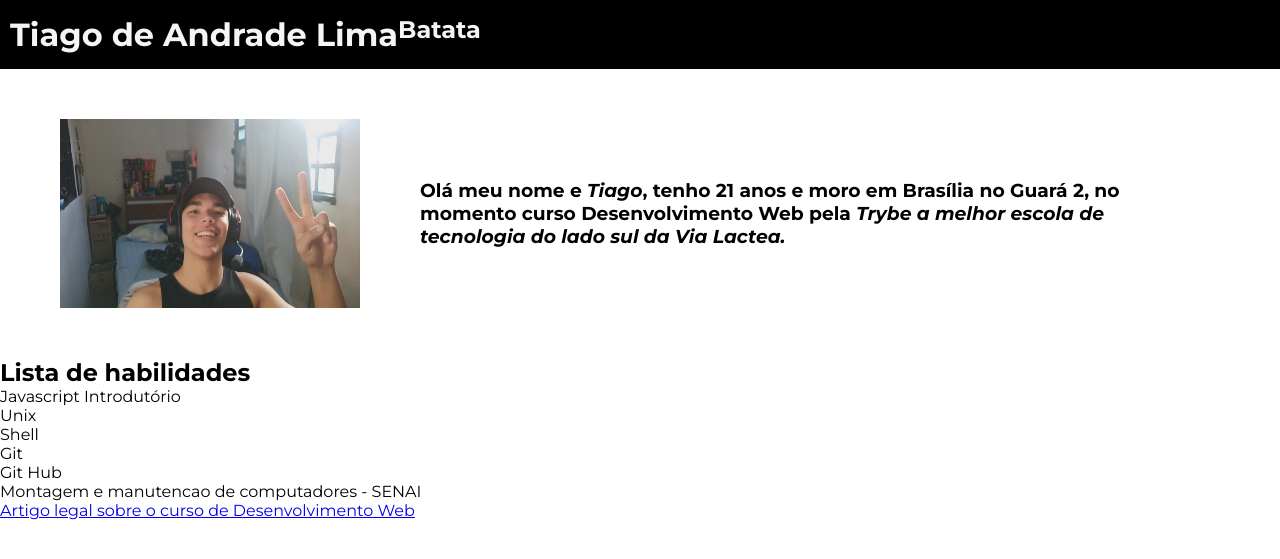
Repository: Batatiago/Batatiago.github.io
Page: index.html
An editor plug-in stored every save of this project. The page is shown before and after the next save, followed by the edit.
The browser window is 1280 px wide. The pictures show the whole page.

Above is the page before, as saved 2023-06-29 11:15:34.

### index.html
<!DOCTYPE html>
<html lang="pt-br">

<head>
  <meta charset="UTF-8">
  <title>Tiago de Andrade Lima</title>
  <link rel="preconnect" href="https://fonts.googleapis.com">
  <link rel="preconnect" href="https://fonts.gstatic.com" crossorigin>
  <link
    href="https://fonts.googleapis.com/css2?family=Montserrat:ital,wght@0,100;0,200;0,300;0,400;0,500;0,600;0,700;0,800;0,900;1,100;1,200;1,300;1,400;1,500;1,600;1,700;1,800;1,900&display=swap"
    rel="stylesheet">
  <link rel="stylesheet" href="style.css">
</head>

<body>
  <div class="header-container">
    <div class="header">
      <h1 class="meuNome"> Tiago de Andrade Lima</h1>
      <h2>Batata</h2>
    </div>
  </div>
  <div class="resumo">
    <img id="foto" src="2023-06-23-160707.jpg" alt="Imagem de Tiago" width="300px">
    <h3 class="descricao">Olá meu nome e <strong><em>Tiago</em></strong>, tenho 21 anos e moro em Brasília no Guará 2, no
      momento curso Desenvolvimento
      Web pela <strong><em>Trybe a melhor escola de tecnologia do lado sul da Via Lactea.</em></strong></h3>
  </div>
  <div>
    <h2>Lista de habilidades</h2>
    <ul>
      <li class="javascript">Javascript Introdutório</li>
      <li class="unix">Unix</li>
      <li class="shell">Shell</li>
      <li class="git">Git</li>
      <li class="gitHub">Git Hub</li>
      <li>Montagem e manutencao de computadores - SENAI</li>
    </ul>
  </div>
  <a href="https://blog.betrybe.com/carreira/frontend/" target="_blank">Artigo legal sobre o curso de Desenvolvimento
    Web</a>
</body>

</html>

### style.css
* {
    margin: 0;
    padding: 0;
    border: 0;
}

body {
    font-family: 'Montserrat', sans-serif;
}

.header-container {
    background-color: black;
    color: whitesmoke;
}

.header {
    padding: 15px 10px;
    width: 40%;
    margin: auto;
    display: inline-flex;
}

header h1 {
    font-family: 'Times New Roman', Times, serif;
}

header h2 {
    font-size: smaller;
}

.resumo {
    display: inline-flex;
    margin: 50px 60px ;
}
.resumo h3 {
    padding: 60px;
}

After the next save:
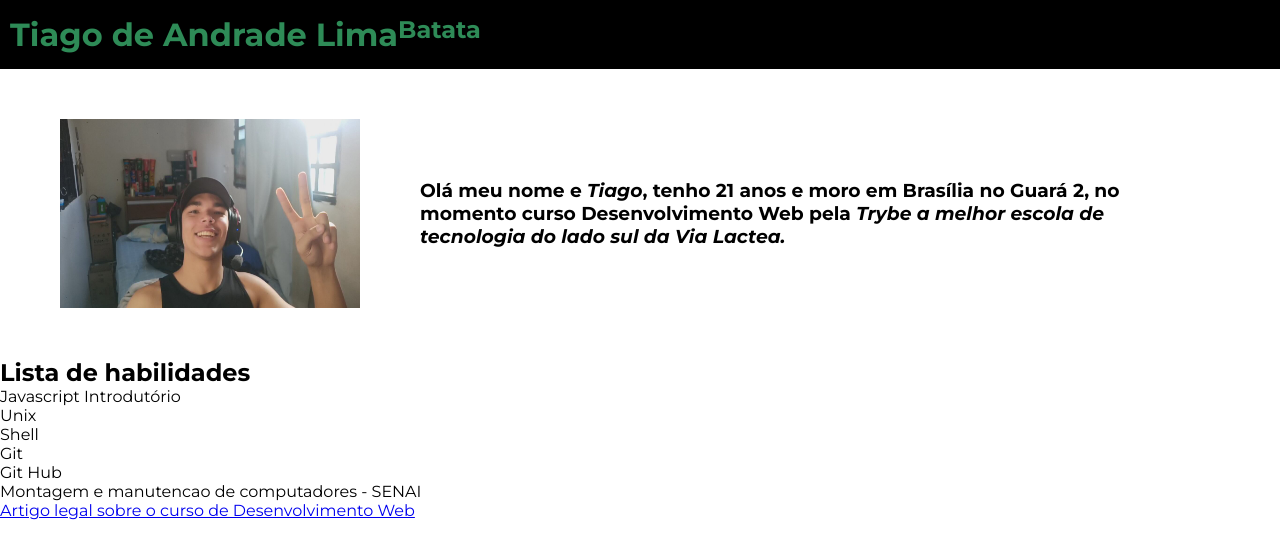
Saved 95 s later.
--- a/style.css
+++ b/style.css
@@ -10,7 +10,7 @@ body {
 
 .header-container {
     background-color: black;
-    color: whitesmoke;
+    color: seagreen;
 }
 
 .header {
